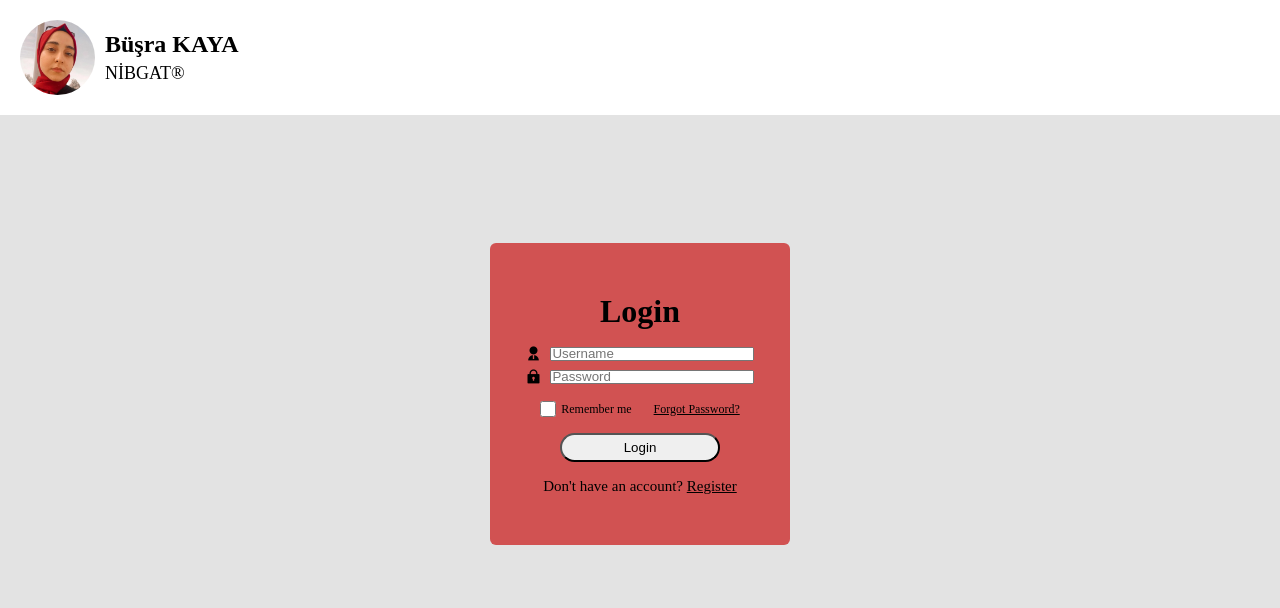
Repository: busra-kayaa/LoginPage
Page: login.html
The author's editor kept a copy of each file at every save. The page is drawn from the files as they stood at one save, then again after the next save.
The browser window is 1280 px wide. The pictures show the whole page.

Above is the page before, as saved 2024-01-05 18:04:21.

After the next save:
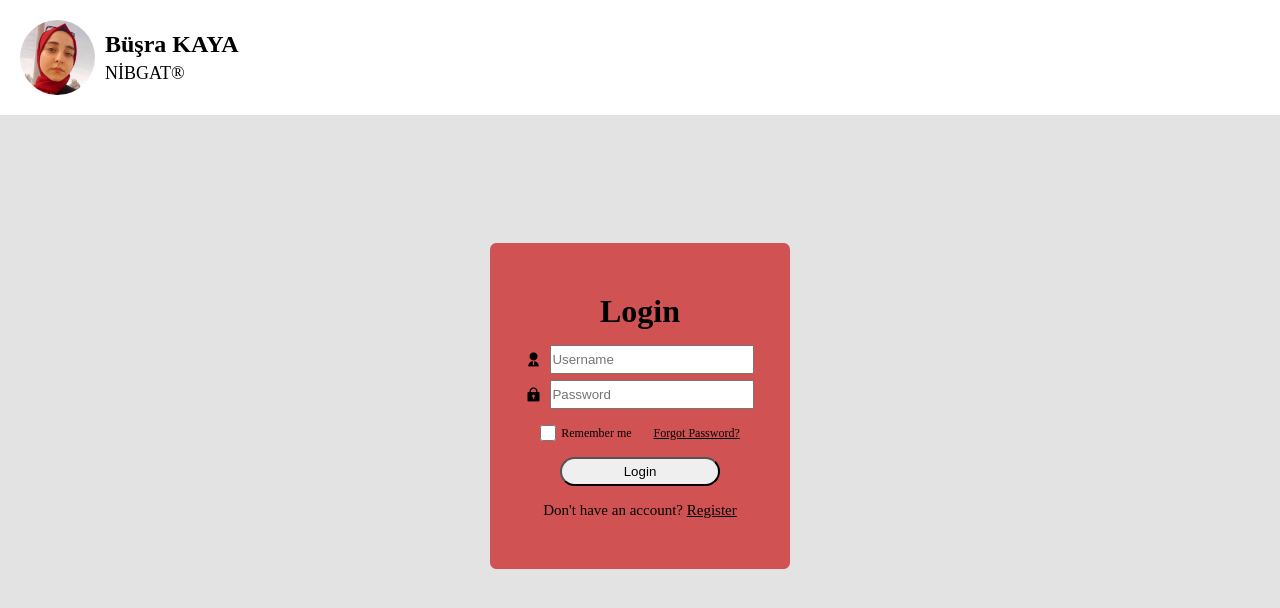
Saved 5 s later.
--- a/style.css
+++ b/style.css
@@ -88,7 +88,7 @@ body {
 }
 .input-text {
     width: 200px;
-    height: 10px;
+    height: 25px;
 
 }
 
